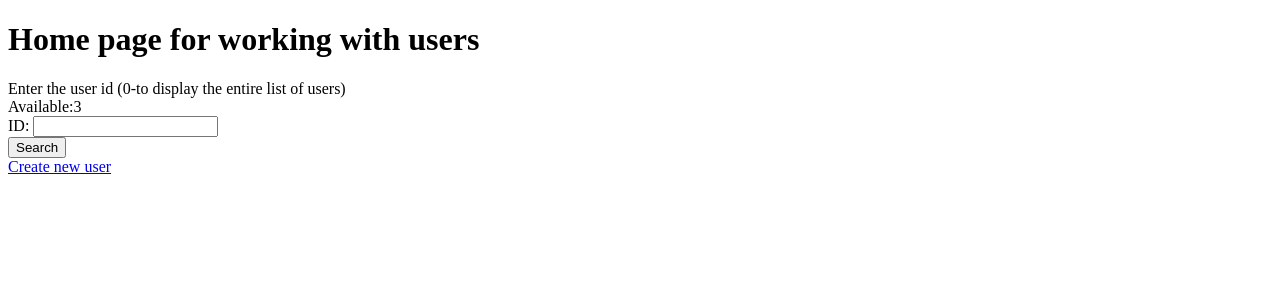
Repository: chistyakova-ann/NT
Page: http://localhost/myServlet/
An editor plug-in stored every save of this project. The page is shown before and after the next save, followed by the edit.
The browser window is 1280 px wide. The pictures show the whole page.
The page is served by Tomcat 9. Nobody is signed in. The application's start-up code is not run. Other server files are loaded and not shown.

Above is the page before, as saved 2020-10-06 06:30:20.

### заглушки/users/eclipse-workspace/myServlet/WebContent/index.jsp
<%@ page import="logic.Model" %>

<%@ page language="java" contentType="text/html; charset=ISO-8859-1"
    pageEncoding="ISO-8859-1"%>
<!DOCTYPE html>
<html>
<head>
<meta charset="ISO-8859-1">
<title>Insert title here</title>
</head>
<body>
<h1>Home page for working with users</h1>
Enter the user id (0-to display the entire list of users)
<br/>
Available:<%
Model model=Model.getInstance();
out.print(model.getFromList().size());
%>
<form method="get" action="get">
<label>ID:
<input type="text" name="id"><br/>
</label>
<button type="submit">Search</button>
</form>
<a href="addUser.html">Create new user</a>
</body>
</html>

### заглушки/users/eclipse-workspace/myServlet/src/logic/Model.java
package logic;
//import logic.User;
import java.io.Serializable;
import java.util.HashMap;
import java.util.Map;

public class Model implements Serializable{
	/**
	 *
	 */
	private static final long serialVersionUID = 1L;
	private static final Model instance= new Model();
	private final Map<Integer,User> model;
	public static Model getInstance() {
		return instance;
	}
	private Model() {
		model=new HashMap<>();
	model.put(1, new User("Anna","Chistyakova","70000"));
	model.put(2, new User("Ann","Chis","7000"));
	model.put(3, new User("Gena","Orlov","50000"));

	}
	public void add(User user, int id) {
		model.put(id, user);

	}
	public Map<Integer,User> getFromList(){
		return model;
	}
}

### заглушки/users/eclipse-workspace/myServlet/src/logic/User.java
package logic;

public class User {
private String name;
private String surname;
private String salary;

public User(String name, String surname, String salary) {
	this.name=name;
	this.surname=surname;
	this.salary=salary;
}
public void setName(String name) {
	this.name=name;
}
public String getName() {
	return name;
	}
public void setSurname(String surname) {
	this.surname=surname;
}
public String getSurname() {
	return surname;
	}
public void setSalary(String salary) {
	this.salary=salary;
}
public String getSalary() {
	return salary;
	}
}

After the next save:
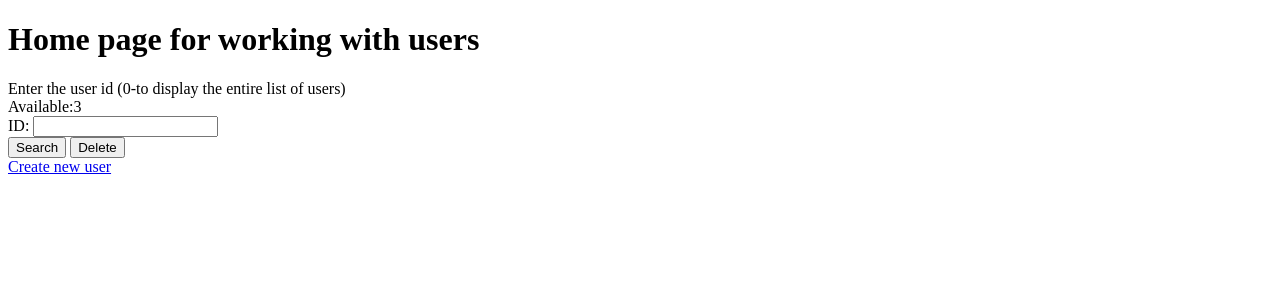
Saved 46 s later.
--- a/заглушки/users/eclipse-workspace/myServlet/WebContent/index.jsp
+++ b/заглушки/users/eclipse-workspace/myServlet/WebContent/index.jsp
@@ -21,6 +21,7 @@
 <input type="text" name="id"><br/>
 </label>
 <button type="submit">Search</button>
+<button type="submit">Delete</button>
 </form>
 <a href="addUser.html">Create new user</a>
 </body>

After the save that followed:
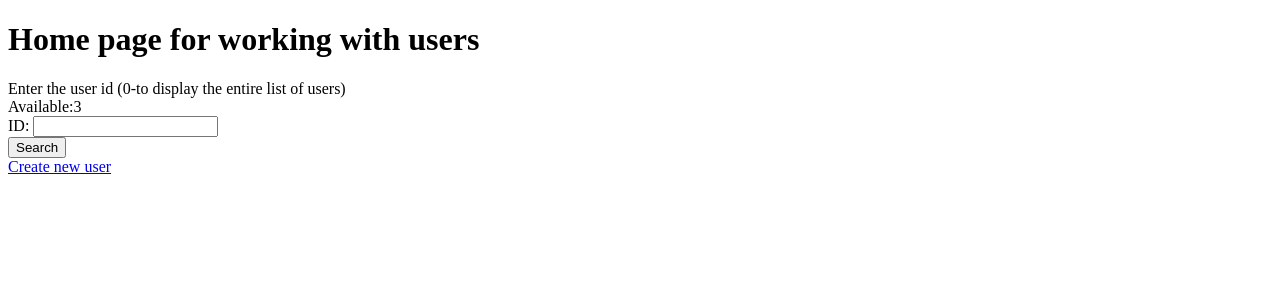
Saved 116 s later.
--- a/заглушки/users/eclipse-workspace/myServlet/WebContent/index.jsp
+++ b/заглушки/users/eclipse-workspace/myServlet/WebContent/index.jsp
@@ -21,7 +21,6 @@
 <input type="text" name="id"><br/>
 </label>
 <button type="submit">Search</button>
-<button type="submit">Delete</button>
 </form>
 <a href="addUser.html">Create new user</a>
 </body>
